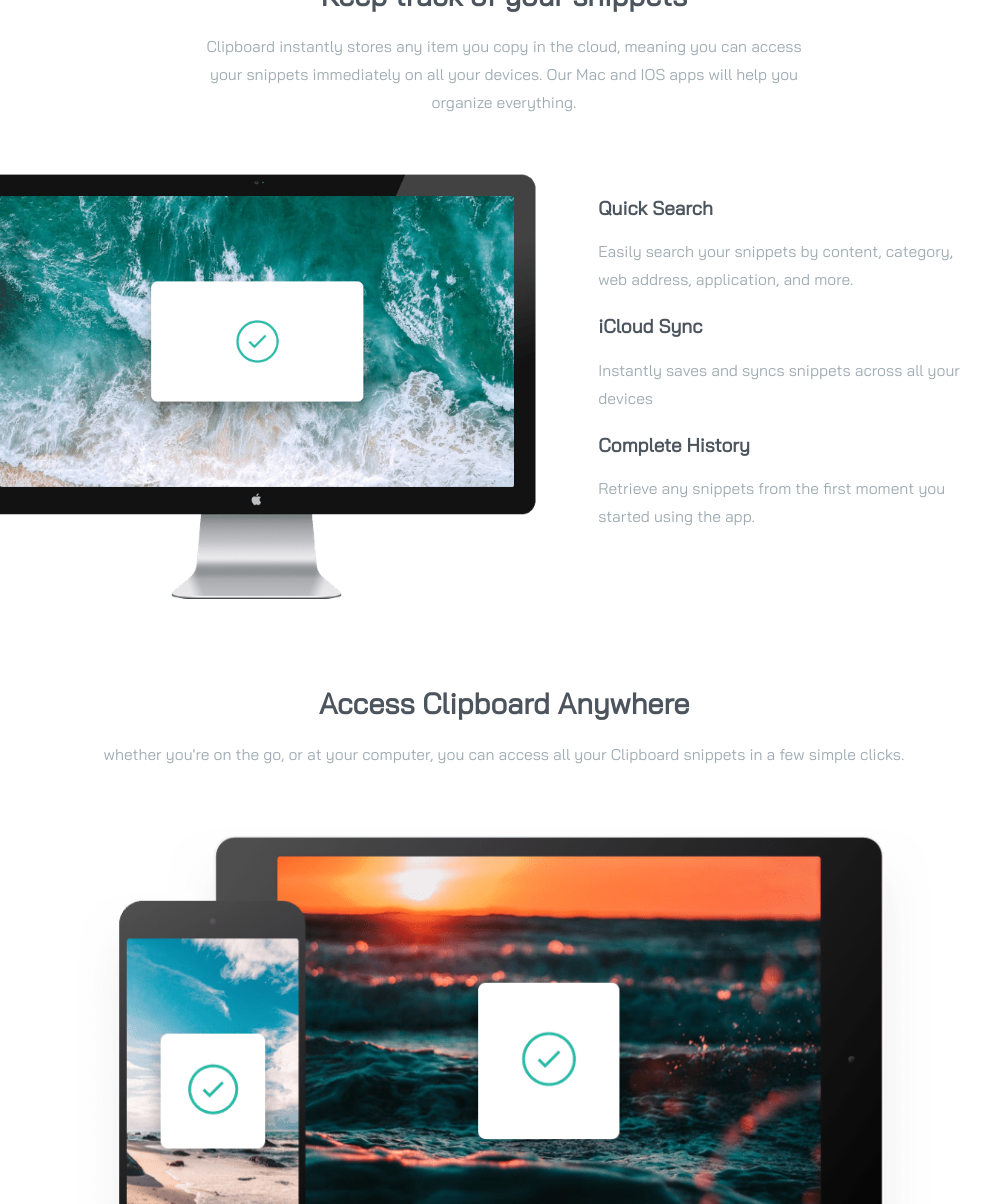
Repository: mikempho/Clipboard-landing-page
Page: index.html
An editor plug-in stored every save of this project. The page is shown before and after the next save, followed by the edit.
The browser window is 1440 px wide. The pictures show the part of the page from y = 798 to 2518 px (the page is 5740 px tall before and 5708 px after), at 70% of full size.

Above is the page before, as saved 2022-04-12 08:14:46.

### index.html
<!DOCTYPE html>
<html lang="en">
  <head>
    <meta charset="UTF-8">
    <meta name="viewport" content="width=device-width, initial-scale=1.0"> <!-- displays site properly based on user's device -->

    <link rel="icon" type="image/png" sizes="32x32" href="./images/favicon-32x32.png">
    <link rel="stylesheet" href="/css/style.css">

    <title>Frontend Mentor | Clipboard landing page</title>

  </head>
  <body>
    <header class="header">
      <img class="logo" src="/images/logo.svg" alt="">
    </header>
    <main>
      <section class="hero">
        <h1>A history of  everything you copy</h1>
        <p>Clipboard allows you to track and organize everything you copy, instantly access your clipboard on all your devices.</p>
        <div class="buttons">
          <a class="iOS-btn" href="#">Download for iOS</a>
          <a class="mac-btn" href="#">Download for Mac</a>
        </div>
      </section>
      <section class="section-1">
        <h2 class="desktop-pad">Keep track of your  snippets</h2>
        <p class="desktop-pad">Clipboard instantly stores any item you copy in the cloud, meaning you can access your snippets immediately on all your devices. Our Mac and IOS apps will help you organize everything.</p>
        <div class="features">
          <img class="feature-img" src="/images/image-computer.png" alt="desktop-screen">
          <ul class="list-of-features">
            <li>
              <h3>Quick Search</h3>
              <p>Easily search your snippets by content, category, web address, application, and more.</p>
            </li>
            <li>
              <h3>iCloud Sync</h3>
              <p>Instantly saves and syncs snippets across all your devices</p>
            </li>
            <li>
              <h3>Complete History</h3>
              <p>Retrieve any snippets from the first moment you started using the app.</p>
            </li>
          </ul>
        </div>
      </section>
      <section class="section-2">
        <h2>Access Clipboard Anywhere</h2>
        <p>whether you're on the go, or at your computer, you can access all your Clipboard snippets in a few simple clicks.</p>
        <img class="mobile-tablet-screen" src="/images/image-devices.png" alt="mobile-tablet-screen">
      </section>
      <section class="section-3">
        <h2>Supercharge your  workflow</h2>
        <p>We've got the tools to boost your productivity.</p>
        <div>
          <ul class="list-of-features">
            <li>
              <img class="feature-icons" src="/images/icon-blacklist.svg" alt="paper-img">
              <h3>Create blacklists</h3>
              <p>Ensure sensitive information never makes its way to your clipboard by excluding certain sources.</p>
            </li>
            <li>
              <img class="feature-icons" src="/images/icon-text.svg" alt="AI-logo-img">
              <h3>Plain text snippets</h3>
              <p>Remove unwanted formatting from copied text for a consistent look.</p>
            </li>
            <li>
              <img class="feature-icons" src="/images/icon-preview.svg" alt="eye-img">
              <h3>Sneak preview</h3>
              <p>Quick preview of all snippets on your Clipboard for easy access.</p>
            </li>
          </ul>
        </div>
      </section>
      <section class="section-4">
        <ul class="company-logos">
          <li><img src="/images/logo-google.png" alt="google-logo"></li>
          <li><img src="/images/logo-ibm.png" alt="IBM-logo"></li>
          <li><img src="/images/logo-microsoft.png" alt="microsoft-logo"></li>
          <li><img src="/images/logo-hp.png" alt="hewlett-packard-enterprise-logo"></li>
          <li><img src="/images/logo-vector-graphics.png" alt="vector-graphics-logo"></li>
        </ul>
      </section>
      <section class="section-5">
        <h2>Clipboard for iOS and Mac OS</h2>
        <p>Available for free on the App store. Download for Mac or iOS, sync with iCloud and you're ready to start adding to your clipboard.</p>
        <div class="buttons">
          <a class="iOS-btn" href="">Download for iOS</a>
          <a class="mac-btn" href="">Download for Mac</a>
        </div>
      </section>
    </main>

    <footer>
      <div class="footer">
        <img class="footer-logo" src="/images/logo.svg" alt="logo">
        <ul class="footer-menu">
          <li><a href="#">FAQs</a></li>
          <li><a href="#">Contact Us</a></li>
          <li><a href="#">Privacy Policy</a></li>
          <li><a href="#">Press Kit</a></li>
          <li><a href="#">Install Guide</a></li>
        </ul>
        <ul class="social-links">
          <li><a href="https://www.facebook.com" target="_blank"><img src="/images/icon-facebook.svg" alt=""></a></li>
          <li><a href="https://www.twitter.com" target="_blank"><img src="/images/icon-twitter.svg" alt=""></a></li>
          <li><a href="https://www.instagram.com" target="_blank"><img src="/images/icon-instagram.svg" alt=""></a></li>
        </ul>
      </div>
      <p class="attribution">
        Challenge by <a href="https://www.frontendmentor.io?ref=challenge" target="_blank">Frontend Mentor</a>.
        Coded by <a href="#">Mike Matseane</a>.
      </p>
    </footer>
  </body>
</html>

### css/style.css
/* Mobile styling */

/* Universal styling */
body {
    margin: 0;
    padding: 0;
    text-align: center;
    Font-size: 18px;
    font-family: Bai-Jamjuree;
    line-height: 40px;
}

* {
    list-style: none;
    text-decoration: none;
}

:root {
    /* Primary colors */
    --Strong-Cyan: hsl(171, 66%, 44%);
    --Light-Blue: hsl(233, 100%, 69%);
    /* Neutral colors */
    --Dark-Grayish-Blue: hsl(210, 10%, 33%);
    --Grayish-Blue: hsl(201, 11%, 66%);
    /* Spacing */
    --container-padding: 4%;
}

@font-face {
    font-family: Bai-Jamjuree;
    src: url(/Assets/Fonts/Bai_Jamjuree/BaiJamjuree-Regular.ttf);
}

h1, h2, h3{
    color: var(--Dark-Grayish-Blue);
}

p {
    color: var(--Grayish-Blue);
}

/* header section */

.header {
    background-image: url(/images/bg-header-mobile.png);
    background-repeat: no-repeat;
    background-size: cover;
}

.logo {
    margin: 8rem 0 5rem 0;
}

/* hero section */
.hero, .section-5{
    padding-left: var(--container-padding);
    padding-right: var(--container-padding);
    margin-bottom: 8rem;
}

.buttons{
    margin-top: 2rem;
}
.buttons a {
    display: inline-block;
    padding: 12px 15px;
    width: 92%;
    margin: 12px 0;
    color: white;
    border-radius: 50px;
    font-weight: 600;
}

.iOS-btn {
    background-color: var(--Strong-Cyan);
    box-shadow: 2px 2px 0px 1px rgba(17, 140, 122, 0.9);

}

.mac-btn {
    background-color: var(--Light-Blue);
    box-shadow: 2px 2px 0px 1px rgba(37, 58, 216, 0.81);

}

/* Section-1 */

.section-1 {
    padding-left: var(--container-padding);
    padding-right: var(--container-padding);
    margin-bottom: 8rem;
}

.feature-img, .mobile-tablet-screen {
    margin-top: 60px;
    width: 92%;
}

/* Section-2 */

.section-2 {
    padding-left: var(--container-padding);
    padding-right: var(--container-padding);    margin-bottom: 8rem;
}

/* Section-3 */
.section-3 {
    padding-left: var(--container-padding);
    padding-right: var(--container-padding);
    margin-bottom: 8rem;
}

.feature-icons {
    margin-top: 30px;
}

.list-of-features {
    margin-top: 60px;
    padding: 0%;
}

/* Section 4 */

.section-4 {
    margin-bottom: 8rem;
}

.company-logos{
    padding:0%;
}

.company-logos li {
    padding-top: 50px;
}

/* footer section */
.footer {
    background-color: rgb(244, 244, 244);
    padding-top: 60px;
}

.footer-logo {
    width: 15%;
}

.footer-menu, .social-links {
    padding: 0;
    margin-bottom: 30px;
    font-weight: 600;
}

.footer-menu li {
    padding-top: 25px;
}

.social-links {
    display: flex;
    justify-content: center;
    align-items: center;
    margin: 0%;
}

.footer-menu a {
    color: var(--Grayish-Blue);
}

.social-links li {
    padding: 10px 20px 40px 20px;
}

.attribution a {
    color: aliceblue;
}

.attribution {
    margin: 0%;
    color: aliceblue;
    background-color: var(--Dark-Grayish-Blue);
    padding: 1rem 0;
}

/* Responsive - Desktop Styling */

@media (min-width: 1440px) {
    :root {
        --desktop-container: 23%;
    }

    h1{
        font-size: 3rem;
    }

    h2 {
        font-size: 2.6rem;
    }

    h3{
        font-size: 2rem;
    }

    p {
        font-size: 1.4rem;
    }
    /* header section */
    .header {
        background-image: url(/images/bg-header-desktop.png);
    }

    /* hero section */
    .hero, .section-5 {
        padding-left: var(--desktop-container);
        padding-right: var(--desktop-container);
    }

    .buttons {
        display: flex;
        justify-content: center;
    }

    .buttons a {
        width: 20%;
        margin: 0 15px;
    }

    /* section 1 */
    .section-1 .desktop-pad {
        padding: 0 17%;
    }

    .features {
        display: flex;
        font-size: 0.1rem;
    }

    .feature-img {
        position: relative;
        right: 90px;
        width: 100%;
    }

    .list-of-features {
        text-align: left;
    }

    .list-of-features h3 {
        font-size: 1.7rem;
        padding: 0%;
        margin-bottom: 0px;
    }
}

After the next save:
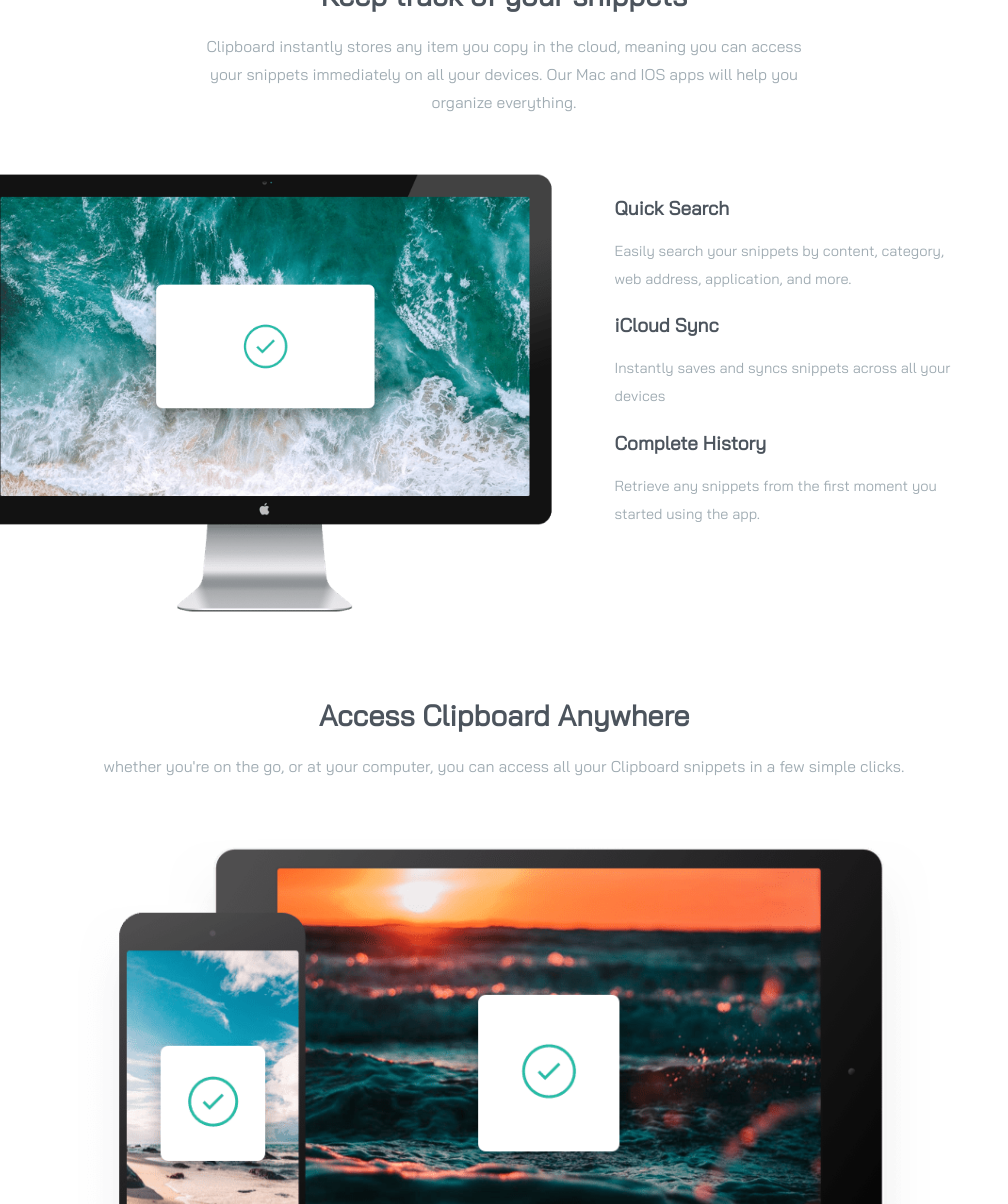
Saved 41 s later.
--- a/css/style.css
+++ b/css/style.css
@@ -247,4 +247,9 @@
         padding: 0%;
         margin-bottom: 0px;
     }
-}
+    .list-of-features p {
+        font-size: 1.3rem;
+        padding: 0%;
+        margin-bottom: 0px;
+    }
+}
